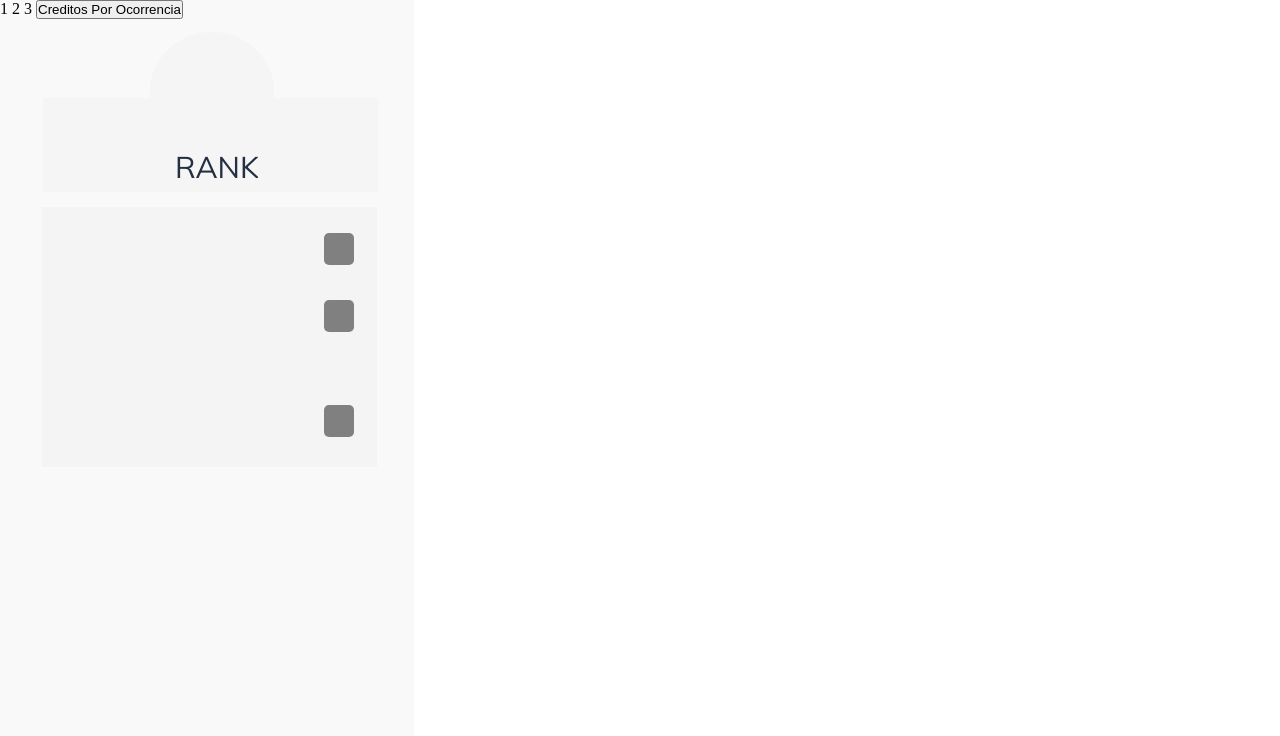
Repository: UnivMinho/D12_frontend
Page: Responsável no Terreno/Front-Office/Rank.html
The author's editor kept a record of every edit. The page is drawn from the files as they stood at one moment, then again after the next edit.
The browser window is 1280 px wide. The pictures show the whole page.
Some web libraries are served in a nearby version.

Above is the page before.

### Responsável no Terreno/Front-Office/Rank.html
<!DOCTYPE html>
<html>

<head>
    <meta charset="utf-8">
    <meta name="viewport" content="width=device-width, initial-scale=1, maximum-scale=1, user-scalable=no">
    <link href="https://fonts.googleapis.com/css?family=Mulish&display=swap" rel="stylesheet" />
    <link href="./Rank.css" rel="stylesheet" />
    <title>Document</title>
    <link rel="stylesheet" href="https://pro.fontawesome.com/releases/v5.10.0/css/all.css" integrity="sha384-AYmEC3Yw5cVb3ZcuHtOA93w35dYTsvhLPVnYs9eStHfGJvOvKxVfELGroGkvsg+p" crossorigin="anonymous"/>
</head>

<body>
    <div class="screen"> <!--screen-->
        <div class="circle"></div> <!--circle-->
        <div class="rectangle"></div> <!--retangulo-->
        <span class="textRank">RANK</span> <!--caixa de texto a dizer "Rank"-->
        <div class="bigrectangle"></div> <!--retangulo enorme-->
        <div class="smallrectangle1"></div> <!--retangulo-->
        <div class="smallrectangle2"></div> <!--retangulo-->
        <div class="smallrectangle3"></div> <!--retangulo-->
        <span class="textOne">1</span> <!--caixa de texto a dizer "1"-->
        <span class="textTwo">2</span> <!--caixa de texto a dizer "2"-->
        <span class="textThree">3</span> <!--caixa de texto a dizer "3"-->
        <button id="CreditosPorOcorrencia" class="CreditosPorOcorrencia">Creditos Por Ocorrencia</button>
    </div>
</body>

</html>

### Responsável no Terreno/Front-Office/Rank.css
* {
    overflow-x: hidden;
    padding: 0px !important;
    margin: 0px !important;
}

.screen {
    width: 414px;
    height: 736px;
    background: rgba(250, 249, 249, 1);
    opacity: 1;
    position: absolute;
    top: 0px;
    left: 0px;
    overflow: hidden;
}

.circle {
    width: 124px;
    height: 117px;
    background: rgba(245, 245, 245, 1);
    opacity: 1;
    position: absolute;
    top: 32px;
    left: 150px;
    border-radius: 50%;
}

.rectangle {
    width: 335px;
    height: 94px;
    background: rgba(245, 245, 245, 1);
    opacity: 1;
    position: absolute;
    top: 98px;
    left: 43px;
    overflow: hidden;
}

.textRank {
    width: 83px;
    color: rgba(36, 47, 65, 1);
    position: absolute;
    top: 148px;
    left: 175px;
    font-family: Mulish;
    font-size: 30px;
    opacity: 1;
    text-align: center;
}

.bigrectangle {
    width: 335px;
    height: 260px;
    background: rgba(244, 244, 244, 1);
    opacity: 1;
    position: absolute;
    top: 207px;
    left: 42px;
    overflow: hidden;
}

.smallrectangle1 {
    width: 30px;
    height: 32px;
    background: gray;
    opacity: 1;
    position: absolute;
    top: 233px;
    left: 324px;
    overflow: hidden;
    border-top-left-radius: 5px;
    border-top-right-radius: 5px;
    border-bottom-left-radius: 5px;
    border-bottom-right-radius: 5px;
}

.smallrectangle2 {
    width: 30px;
    height: 32px;
    background: gray;
    opacity: 1;
    position: absolute;
    top: 300px;
    left: 324px;
    overflow: hidden;
    border-top-left-radius: 5px;
    border-top-right-radius: 5px;
    border-bottom-left-radius: 5px;
    border-bottom-right-radius: 5px;
}

.smallrectangle3 {
    width: 30px;
    height: 32px;
    background: gray;
    opacity: 1;
    position: absolute;
    top: 405px;
    left: 324px;
    overflow: hidden;
    border-top-left-radius: 5px;
    border-top-right-radius: 5px;
    border-bottom-left-radius: 5px;
    border-bottom-right-radius: 5px;
}

After the next edit:
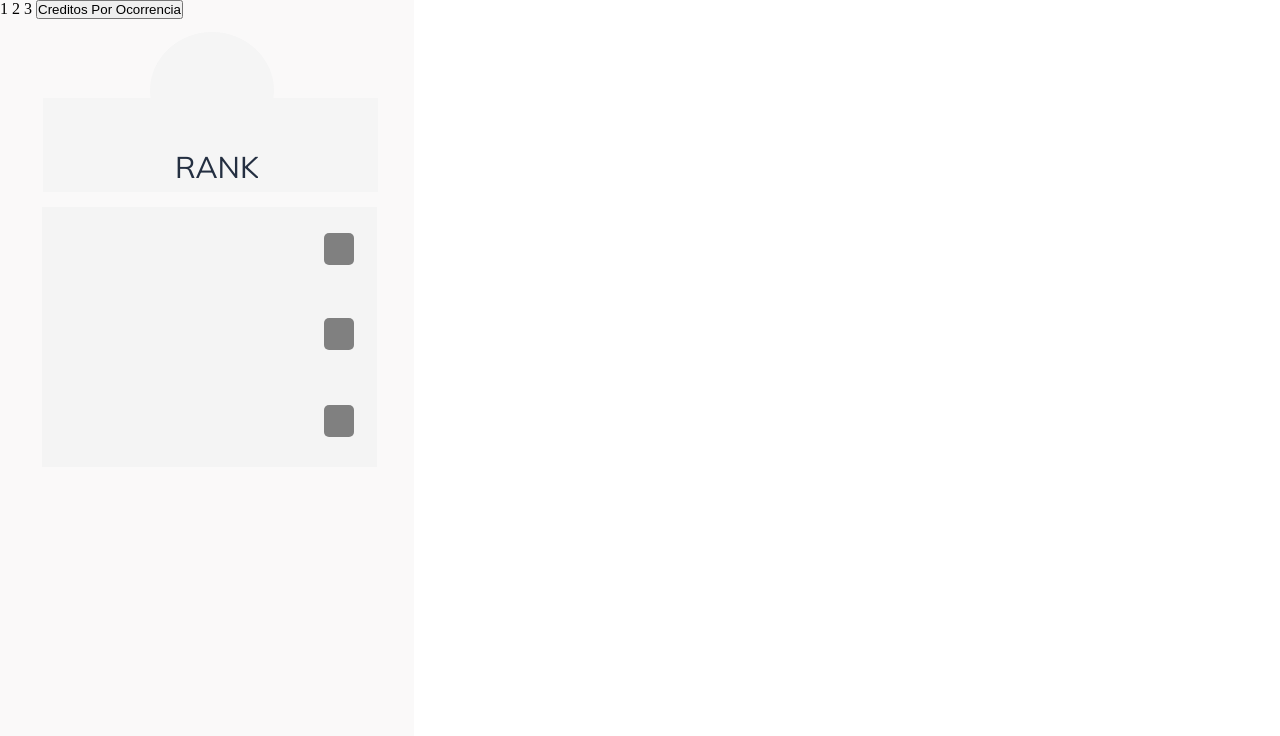
The edit:
--- a/Responsável no Terreno/Front-Office/Rank.css
+++ b/Responsável no Terreno/Front-Office/Rank.css
@@ -81,7 +81,7 @@
     background: gray;
     opacity: 1;
     position: absolute;
-    top: 300px;
+    top: 318px;
     left: 324px;
     overflow: hidden;
     border-top-left-radius: 5px;
